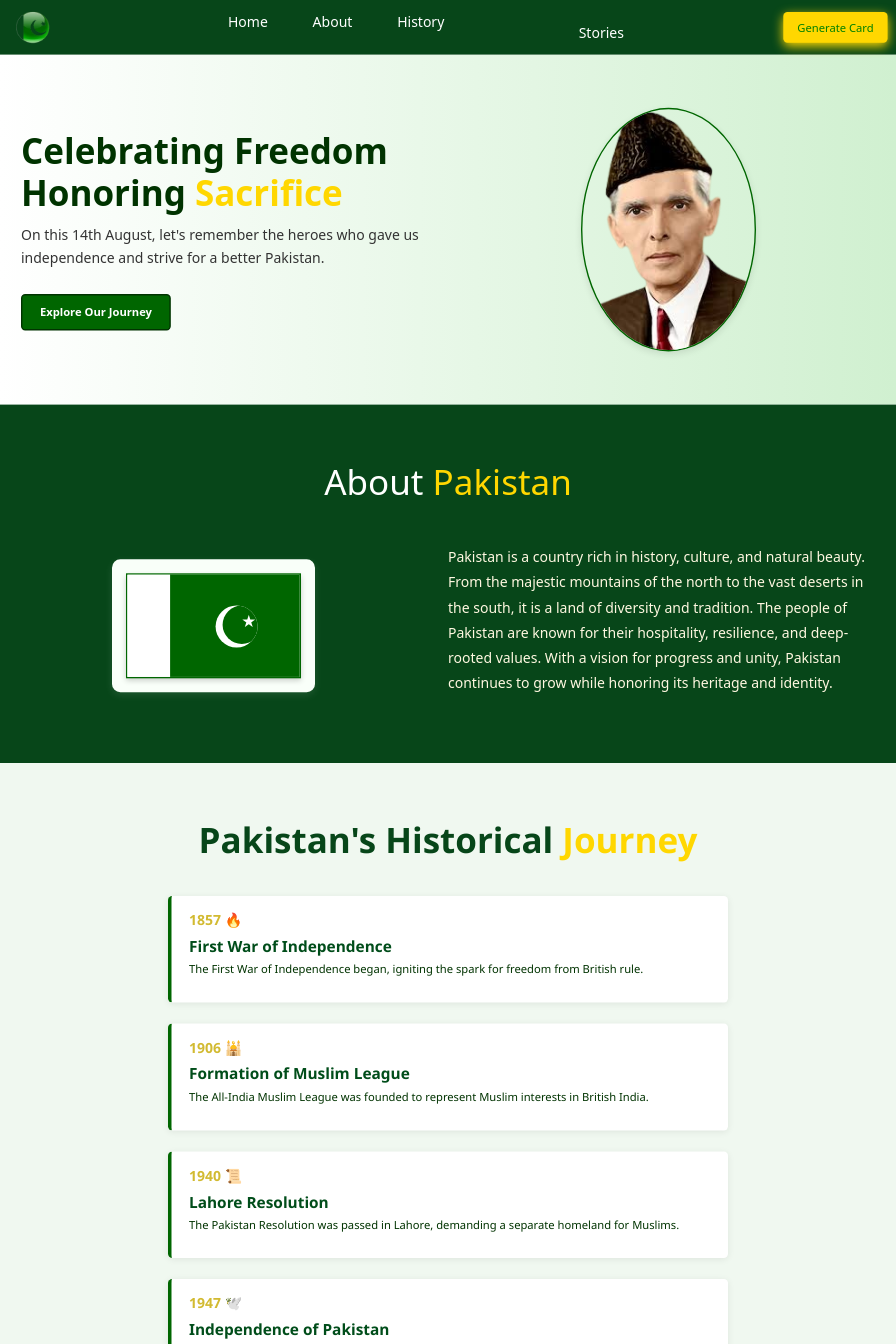
Repository: memonmuhammadali98/Pakistan-Independence-Day
Page: index.html
These files come from the project's save history. The page is drawn as it stood at one moment and after the next save; the edit follows.
The browser window is 1280 px wide. The pictures show the part of the page from y = 0 to 1920 px (the page is 6356 px tall before and 6354 px after), at 70% of full size.

Above is the page before, as saved 2025-08-09 21:14:55.

After the next save:
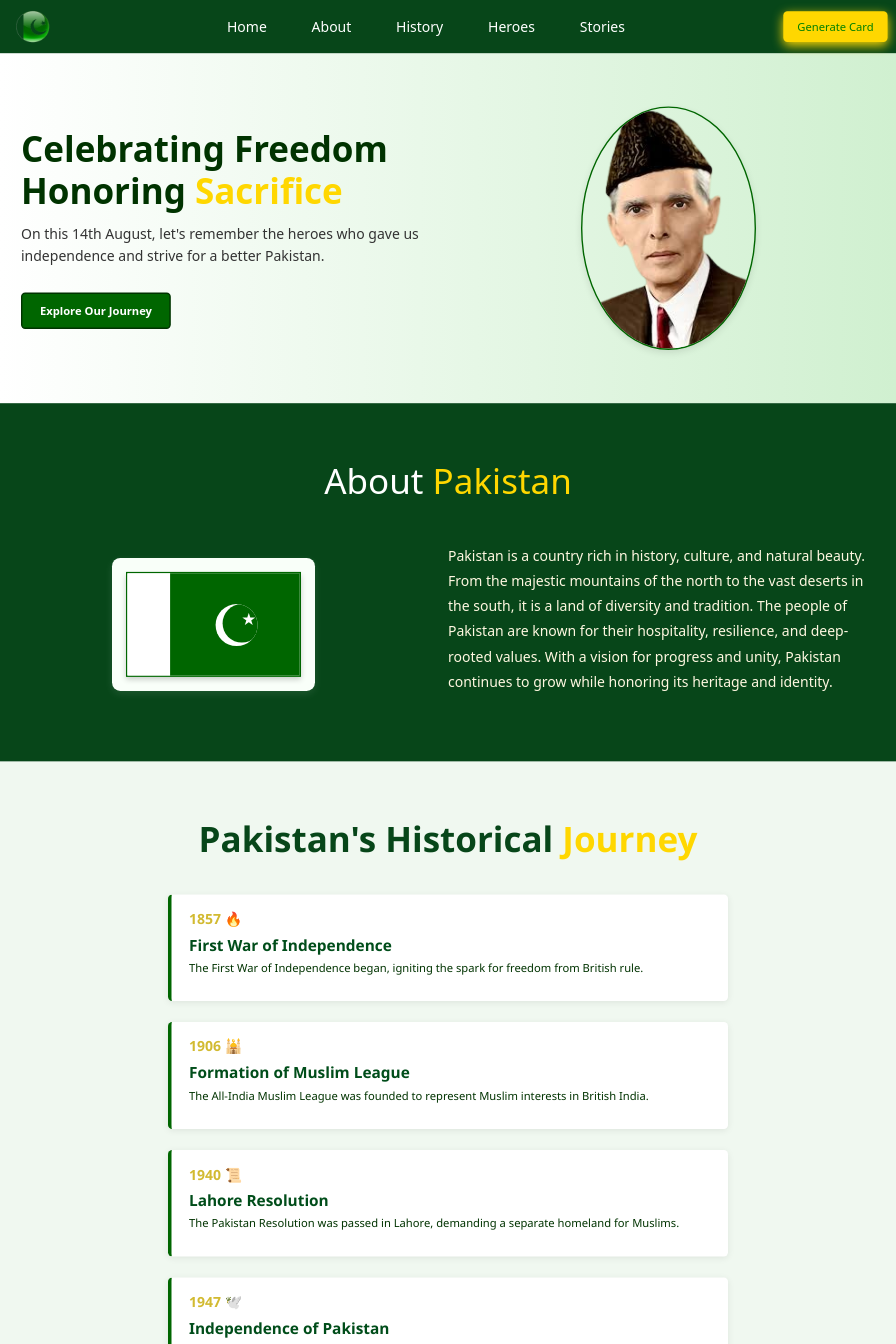
Saved 8 s later.
--- a/index.html
+++ b/index.html
@@ -38,7 +38,7 @@
             <a class="nav-link active" aria-disabled="true" href="#History">History</a>
           </li>
           <li class="nav-item">
-            <a class="nav-link active" aria-disabled="true"</a>
+            <a class="nav-link active" aria-disabled="true">Heroes</a>
           </li>
           <li class="nav-item">
             <a class="nav-link active" aria-disabled="true">Stories</a>
